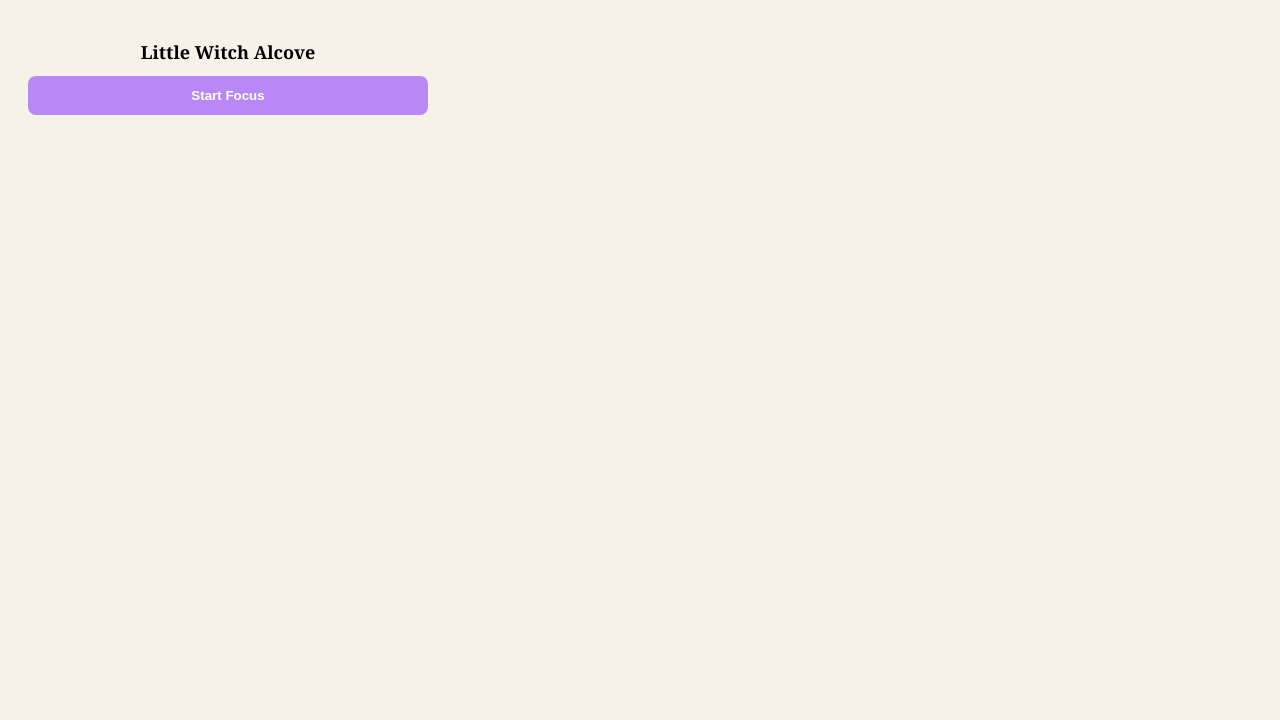
Repository: zhangolivia7/Little-Witch-Alcove
Page: popup.html
An editor plug-in stored every save of this project. The page is shown before and after the next save, followed by the edit.
The browser window is 1280 px wide. The pictures show the whole page.

Above is the page before, as saved 2025-11-15 14:02:54.

### popup.html
<!DOCTYPE html>
<html>
  <head>
    <title>Little Witch Alcove</title>
    <link rel="stylesheet" href="popup.css">
  </head>
  <body>
    <h1>Little Witch Alcove</h1>
    <button id="focus-btn">Start Focus</button>

    <script src="popup.js"></script>
  </body>
</html>

### popup.css
body {
    width: 400px;
    height: 500px;
    background: #f7f2e7;
    padding: 20px;
    font-family: "Georgia", serif;
  }

  h1 {
    font-size: 18px;
    text-align: center;
  }

  #focus-btn {
    width: 100%;
    padding: 12px;
    border-radius: 8px;
    background: #b889f6;
    color: white;
    font-weight: bold;
    border: none;
    cursor: pointer;
  }

### popup.js
document.getElementById("focus-btn").addEventListener("click", () => {
    alert("Hex of Concentration activated! 🔮");
  });

After the next save:
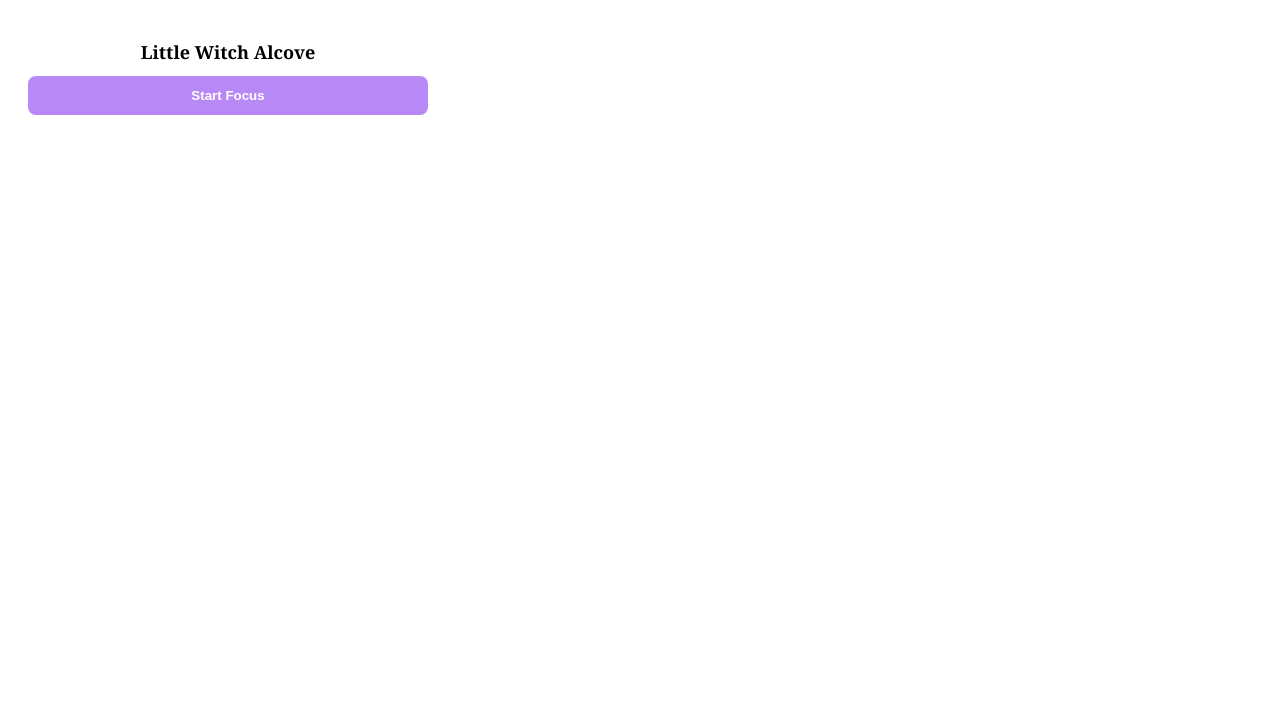
Not found: Assets/Background.png
Saved 85 min 13 s later.
--- a/popup.css
+++ b/popup.css
@@ -1,7 +1,7 @@
 body {
     width: 400px;
     height: 500px;
-    background: #f7f2e7;
+    background: url("Assets/Background.png");
     padding: 20px;
     font-family: "Georgia", serif;
   }

After the save that followed:
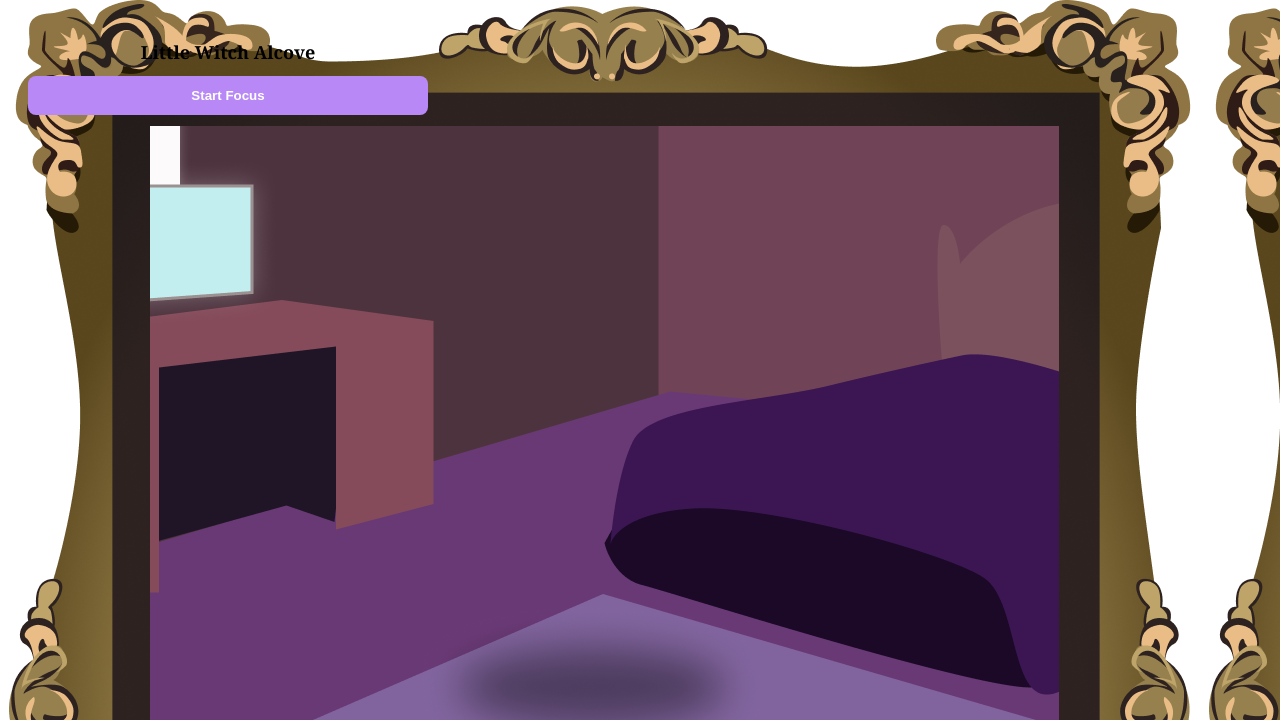
Saved 23 s later.
--- a/popup.css
+++ b/popup.css
@@ -1,7 +1,7 @@
 body {
     width: 400px;
     height: 500px;
-    background: url("Assets/Background.png");
+    background: url("Assets/No UI.png");
     padding: 20px;
     font-family: "Georgia", serif;
   }
